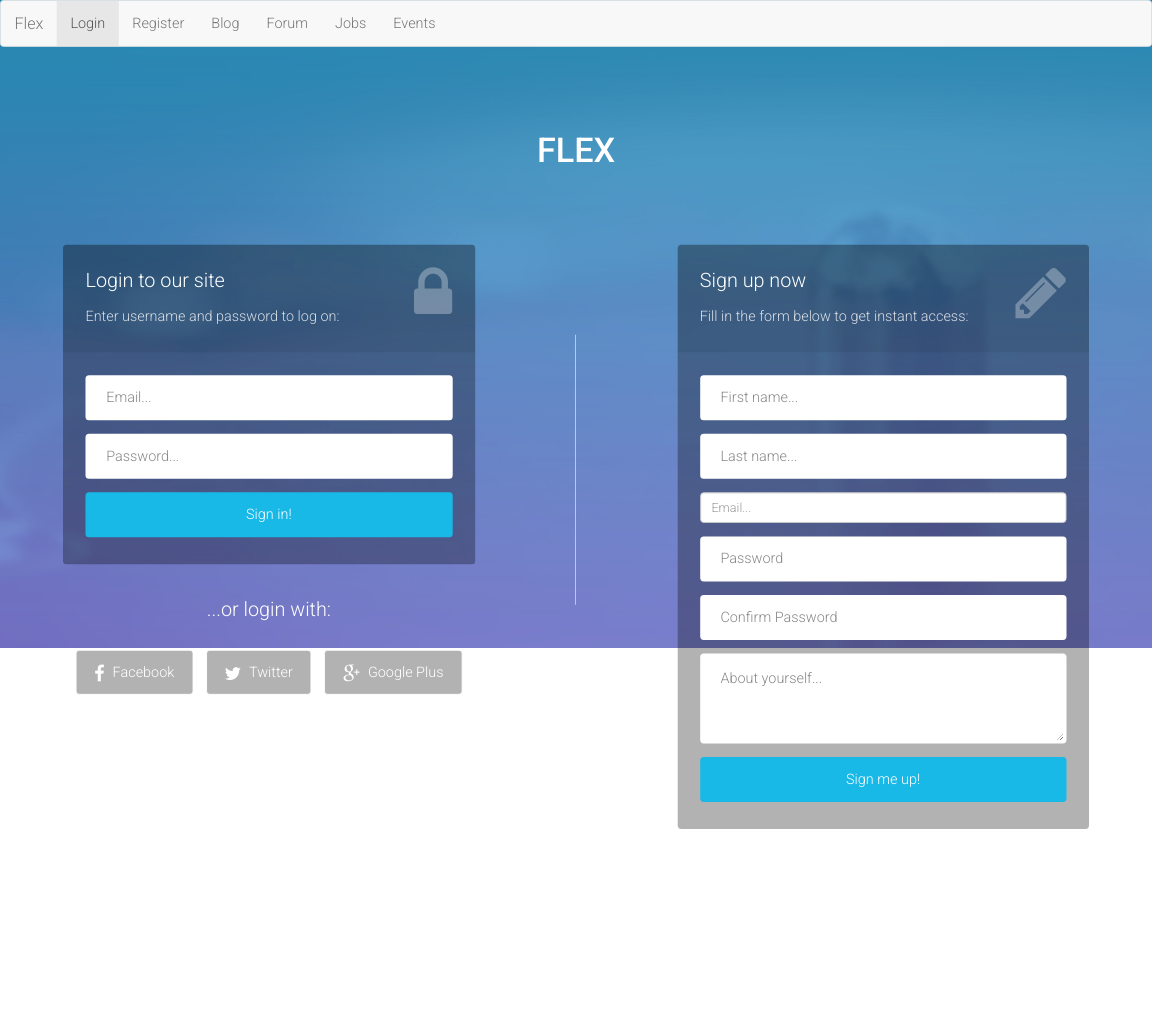
Repository: Angelamritha2012/Flex
Page: Collaboration/WebContent/index.html
An editor plug-in stored every save of this project. The page is shown before and after the next save, followed by the edit.
The browser window is 1280 px wide. The pictures show the whole page, at 90% of full size.
Some web libraries are served in a nearby version.

Above is the page before, as saved 2017-11-30 10:33:16.

### Collaboration/WebContent/index.html
<!DOCTYPE html>
<html ng-app="">

    <head>
   <!--  <link rel="stylesheet" href="https://cdnjs.cloudflare.com/ajax/libs/materialize/0.100.2/css/materialize.min.css">

  Compiled and minified JavaScript

   <script src="https://cdnjs.cloudflare.com/ajax/libs/materialize/0.100.2/js/materialize.min.js"></script>
            -->
      <script src = "http://ajax.googleapis.com/ajax/libs/angularjs/1.3.14/angular.min.js"></script>

        <meta charset="utf-8">
        <meta http-equiv="X-UA-Compatible" content="IE=edge">
        <meta name="viewport" content="width=device-width, initial-scale=1">
        <title>FLEX</title>

        <!-- CSS -->
        <link rel="stylesheet" href="http://fonts.googleapis.com/css?family=Roboto:400,100,300,500">
        <link rel="stylesheet" href="assets/bootstrap/css/bootstrap.min.css">
        <link rel="stylesheet" href="assets/font-awesome/css/font-awesome.min.css">
		<link rel="stylesheet" href="assets/css/form-elements.css">
        <link rel="stylesheet" href="assets/css/style.css">

        <!-- HTML5 Shim and Respond.js IE8 support of HTML5 elements and media queries -->
        <!-- WARNING: Respond.js doesn't work if you view the page via file:// -->
        <!--[if lt IE 9]>
            <script src="https://oss.maxcdn.com/libs/html5shiv/3.7.0/html5shiv.js"></script>
            <script src="https://oss.maxcdn.com/libs/respond.js/1.4.2/respond.min.js"></script>
        <![endif]-->

        <!-- Favicon and touch icons -->
        <link rel="shortcut icon" href="assets/ico/favicon.png">
        <link rel="apple-touch-icon-precomposed" sizes="144x144" href="assets/ico/apple-touch-icon-144-precomposed.png">
        <link rel="apple-touch-icon-precomposed" sizes="114x114" href="assets/ico/apple-touch-icon-114-precomposed.png">
        <link rel="apple-touch-icon-precomposed" sizes="72x72" href="assets/ico/apple-touch-icon-72-precomposed.png">
        <link rel="apple-touch-icon-precomposed" href="assets/ico/apple-touch-icon-57-precomposed.png">

    </head>

    <body>

<nav class="navbar navbar-default">
  <div class="container-fluid">
    <div class="navbar-header">
      <a class="navbar-brand" href="#">Flex</a>
    </div>
    <ul class="nav navbar-nav">
      <li class="active"><a href="#">Login</a></li>
      <li><a href="#">Register</a></li>
      <li><a href="blog.html">Blog</a></li>
      <li><a href="forum.html">Forum</a></li>
	        <li><a href="job.html">Jobs</a></li>
	        <li><a href="event.html">Events</a></li>

    </ul>
  </div>
</nav>

        <!-- Top content -->
        <div class="top-content">

            <div class="inner-bg">
                <div class="container">

                    <div class="row">
                        <div class="col-sm-8 col-sm-offset-2 text">
                            <h1><strong>FLEX</strong></h1>

                        </div>
                    </div>

                    <div class="row">
                        <div class="col-sm-5">

                        	<div class="form-box">
	                        	<div class="form-top">
	                        		<div class="form-top-left">
	                        			<h3>Login to our site</h3>
	                            		<p>Enter username and password to log on:</p>
	                        		</div>
	                        		<div class="form-top-right">
	                        			<i class="fa fa-lock"></i>
	                        		</div>
	                            </div>
	                            <div class="form-bottom">
	                            <form  ng-app="myApp" ng-submit="submitForm()" name="myForm" novalidate>

				                    <div class="form-group" ng-class="{ 'has-error' : myForm.email.$invalid && !myForm.email.$pristine }">
				             <label class="sr-only" for="form-email">Email</label>
				                        	<input type="text" name="email" placeholder="Email..." class="form-email form-control" id="form-email" ng-model="email" required>
				                       <span style="color:red" ng-show="myForm.email.$dirty && myForm.email.$invalid">
  <span ng-show="myForm.email.$error.required">Email is required.</span>
  <span ng-show="myForm.email.$error.email">Invalid email address.</span>
  </span>
				                        </div>



				                        <div class="form-group">
				                        	<label class="sr-only" for="form-password">Password</label>
				                        	<input type="password" name="form-password" placeholder="Password..." class="form-password form-control" id="form-password">
				                        </div>
				                        <button type="submit" class="btn">Sign in!</button>
				                    </form>
			                    </div>
		                    </div>

		                	<div class="social-login">
	                        	<h3>...or login with:</h3>
	                        	<div class="social-login-buttons">
		                        	<a class="btn btn-link-2" href="#">
		                        		<i class="fa fa-facebook"></i> Facebook
		                        	</a>
		                        	<a class="btn btn-link-2" href="#">
		                        		<i class="fa fa-twitter"></i> Twitter
		                        	</a>
		                        	<a class="btn btn-link-2" href="#">
		                        		<i class="fa fa-google-plus"></i> Google Plus
		                        	</a>
	                        	</div>
	                        </div>

                        </div>
                        <div class="col-sm-1 middle-border"></div>
                        <div class="col-sm-1"></div>

                        <div class="col-sm-5">

                        	<div class="form-box">
                        		<div class="form-top">
	                        		<div class="form-top-left">
	                        			<h3>Sign up now</h3>
	                            		<p>Fill in the form below to get instant access:</p>
	                        		</div>
	                        		<div class="form-top-right">
	                        			<i class="fa fa-pencil"></i>
	                        		</div>
	                            </div>
	                            <div class="form-bottom">

<form name="userForm" ng-submit="submitForm()" novalidate>
				                    	<!-- <div class="form-group">
				                    		<!-- <label class="sr-only" for="form-first-name">First name</label>
				                        	<input type="text" name="first-name" placeholder="First name..." class="form-first-name form-control" id="form-first-name" ng-model = "firstName" required>
				                        	  <span style="color:red" ng-show="myForm.firstname.$dirty && myForm.firstname.$invalid">
  <span ng-show="myForm.firstname.$error.required">firstname is required.</span>
  </span>
				                       <input name = "firstname" type = "text" ng-model = "firstName" required>
                     <span style = "color:red" ng-show = "studentForm.firstname.$dirty && studentForm.firstname.$invalid">
                        <span ng-show = "Form.firstname.$error.required">First Name is required.</span>
                     </span>
				                        </div>
				                        <label>First Name:</label>
<input type="text" name="FirstName" ng-model="firstName" required />
<div ng-messages="myForm.firstName.$error">
  <div ng-message="required">This field is required</div>
</div>
				                        </div>
				                         -->
				                         <div class="form-group" ng-class="{ 'has-error' : userForm.name.$invalid && !userForm.name.$pristine }">
				                        	<label class="sr-only" for="form-firstname">First name</label>

            <input type="text" name="name" class="form-control" placeholder="First name..."ng-model="user.name" required>

            <p style="color:white" ng-show="userForm.name.$invalid && !userForm.name.$pristine" class="help-block">You first name is required.</p>
        </div>

				                       <div class="form-group" ng-class="{ 'has-error' : userForm.name.$invalid && !userForm.name.$pristine }">
				                        	<label class="sr-only" for="form-lastname">Last name</label>

            <input type="text" name="lastname" class="form-control" placeholder="Last name..."ng-model="user.lastname" required>

            <p style="color:white" ng-show="userForm.lastname.$invalid && !userForm.lastname.$pristine" class="help-block">You last name is required.</p>
        </div>
				                         <div class="form-group" ng-class="{ 'has-error' : userForm.email.$invalid && !userForm.email.$pristine }">
				                        	<label class="sr-only" for="form-email">Email</label>

            <input type="email" name="email" class="form-control" placeholder="Email..." ng-model="user.email" required >
              <span style="color:white" ng-show="userForm.email.$dirty && userForm.email.$invalid">

<span ng-show="userForm.email.$error.required">Email is required.</span>
  <span ng-show="userForm.email.$error.email">Invalid email address.</span>
  </span>
        </div>

										 <!-- <div class="form-group">
				                        	<label class="sr-only" for="password">PassWord</label>
				                        	<input type="text" name="form-password" placeholder="Password" class="form-password form-control" id="form-password">
				                        </div>

										<div class="form-group">
				                        	<label class="sr-only" for="confirm password">Confirm PassWord</label>
				                        	<input type="text" name="form-confirm-password" placeholder="Confirm Password" class="form-confirm-password form-control" id="form-confirm-password">
				                        </div> -->
				                         <div class="form-group">
        <input name="password" type="password" class="form-control" placeholder="Password" ng-model="formData.password" ng-pattern="/(?=.*[a-z])(?=.*[A-Z])(?=.*[^a-zA-Z])/" required />
        <span style="color:white" ng-show="!userForm.password.$error.required &&  userForm.password.$error.pattern && userForm.password.$dirty">Must contain one lower &amp; uppercase letter, and one non-alpha character (a number or a symbol.)</span>
      </div>
      <div class="form-group">
        <input name="confirm_password" type="password" class="form-control" placeholder="Confirm Password" ng-model="formData.confirmPassword" ng-pattern="formData.password" required />
        <span style="color:white" ng-show="formData.password != formData.confirmPassword">Your passwords must match.</span>
      </div>
      <div>


				                        <div class="form-group">
				                        	<label class="sr-only" for="form-about-yourself">About yourself</label>
				                        	<textarea name="form-about-yourself" placeholder="About yourself..."
				                        				class="form-about-yourself form-control" id="form-about-yourself"></textarea>
				                        </div>
				                        <button type="submit" class="btn" ng-disabled="formData.password != formData.confirmPassword" ng-click="createUser()">Sign me up!</button>
				                    </form>

			                    </div>
                        	</div>

                        </div>
                    </div>

                </div>
            </div>

        </div>

        <!-- Footer -->
        <footer>
        	<div class="container">
        		<div class="row">

        			<div class="col-sm-8 col-sm-offset-2">
        				<div class="footer-border"></div>
        				<p>Made by Flex at <a href="http://azmind.com" target="_blank"><strong>FLEX</strong></a>
        					having a lot of fun. <i class="fa fa-smile-o"></i></p>
        			</div>

        		</div>
        	</div>
        </footer>

        <!-- Javascript -->
        <script src="assets/js/jquery-1.11.1.min.js"></script>
        <script src="assets/bootstrap/js/bootstrap.min.js"></script>
        <script src="assets/js/jquery.backstretch.min.js"></script>
        <script src="assets/js/scripts.js"></script>

        <!--[if lt IE 10]>
            <script src="assets/js/placeholder.js"></script>
        <![endif]-->

</body>
</html>

### Collaboration/WebContent/assets/css/form-elements.css

input[type="text"],
input[type="password"],
textarea,
textarea.form-control {
	height: 50px;
    margin: 0;
    padding: 0 20px;
    vertical-align: middle;
    background: #fff;
    border: 3px solid #fff;
    font-family: 'Roboto', sans-serif;
    font-size: 16px;
    font-weight: 300;
    line-height: 50px;
    color: #888;
    -moz-border-radius: 4px; -webkit-border-radius: 4px; border-radius: 4px;
    -moz-box-shadow: none; -webkit-box-shadow: none; box-shadow: none;
    -o-transition: all .3s; -moz-transition: all .3s; -webkit-transition: all .3s; -ms-transition: all .3s; transition: all .3s;
}

textarea,
textarea.form-control {
	padding-top: 10px;
	padding-bottom: 10px;
	line-height: 30px;
}

input[type="text"]:focus,
input[type="password"]:focus,
textarea:focus,
textarea.form-control:focus {
	outline: 0;
	background: #fff;
    border: 3px solid #fff;
    -moz-box-shadow: none; -webkit-box-shadow: none; box-shadow: none;
}

input[type="text"]:-moz-placeholder, input[type="password"]:-moz-placeholder,
textarea:-moz-placeholder, textarea.form-control:-moz-placeholder { color: #888; }

input[type="text"]:-ms-input-placeholder, input[type="password"]:-ms-input-placeholder,
textarea:-ms-input-placeholder, textarea.form-control:-ms-input-placeholder { color: #888; }

input[type="text"]::-webkit-input-placeholder, input[type="password"]::-webkit-input-placeholder,
textarea::-webkit-input-placeholder, textarea.form-control::-webkit-input-placeholder { color: #888; }



button.btn {
	height: 50px;
    margin: 0;
    padding: 0 20px;
    vertical-align: middle;
    background: #19b9e7;
    border: 0;
    font-family: 'Roboto', sans-serif;
    font-size: 16px;
    font-weight: 300;
    line-height: 50px;
    color: #fff;
    -moz-border-radius: 4px; -webkit-border-radius: 4px; border-radius: 4px;
    text-shadow: none;
    -moz-box-shadow: none; -webkit-box-shadow: none; box-shadow: none;
    -o-transition: all .3s; -moz-transition: all .3s; -webkit-transition: all .3s; -ms-transition: all .3s; transition: all .3s;
}

button.btn:hover { opacity: 0.6; color: #fff; }

button.btn:active { outline: 0; opacity: 0.6; color: #fff; -moz-box-shadow: none; -webkit-box-shadow: none; box-shadow: none; }

button.btn:focus { outline: 0; opacity: 0.6; background: #19b9e7; color: #fff; }

button.btn:active:focus, button.btn.active:focus { outline: 0; opacity: 0.6; background: #19b9e7; color: #fff; }

Loaded but not shown: Collaboration/WebContent/assets/bootstrap/css/bootstrap.min.css (library); Collaboration/WebContent/assets/font-awesome/css/font-awesome.min.css (library); Collaboration/WebContent/assets/js/jquery-1.11.1.min.js (library); Collaboration/WebContent/assets/bootstrap/js/bootstrap.min.js (library); Collaboration/WebContent/assets/js/jquery.backstretch.min.js (library); Collaboration/WebContent/assets/js/scripts.js (52 lines, source omitted); Collaboration/WebContent/assets/css/style.css (402 lines, source omitted)

After the next save:
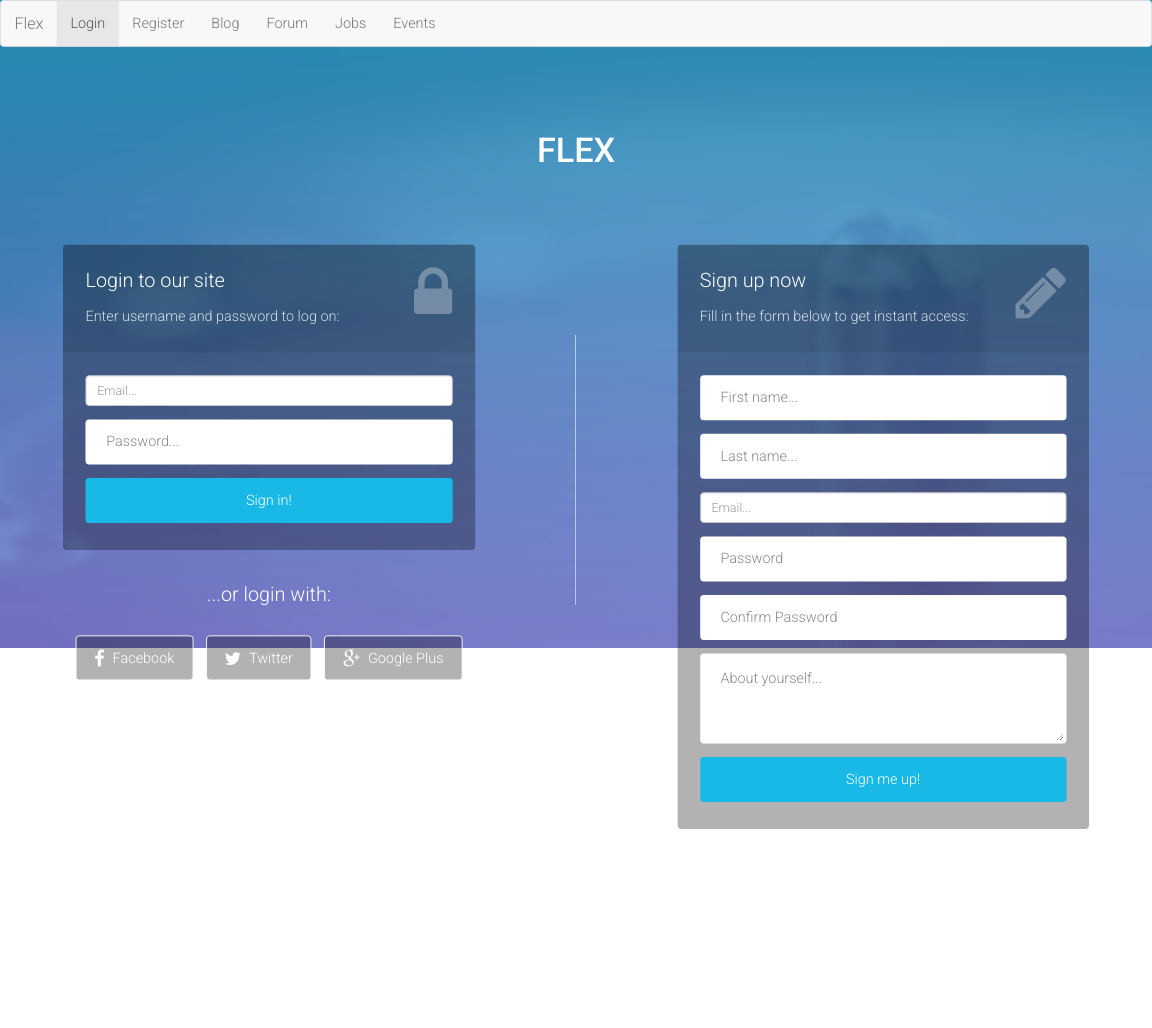
Saved 30 min 27 s later.
--- a/Collaboration/WebContent/index.html
+++ b/Collaboration/WebContent/index.html
@@ -88,7 +88,7 @@
 
 				                    <div class="form-group" ng-class="{ 'has-error' : myForm.email.$invalid && !myForm.email.$pristine }">
 				             <label class="sr-only" for="form-email">Email</label>
-				                        	<input type="text" name="email" placeholder="Email..." class="form-email form-control" id="form-email" ng-model="email" required>
+				                        	<input type="email" name="email" placeholder="Email..." class="form-email form-control" id="form-email" ng-model="email" required>
 				                       <span style="color:red" ng-show="myForm.email.$dirty && myForm.email.$invalid">
   <span ng-show="myForm.email.$error.required">Email is required.</span>
   <span ng-show="myForm.email.$error.email">Invalid email address.</span>
